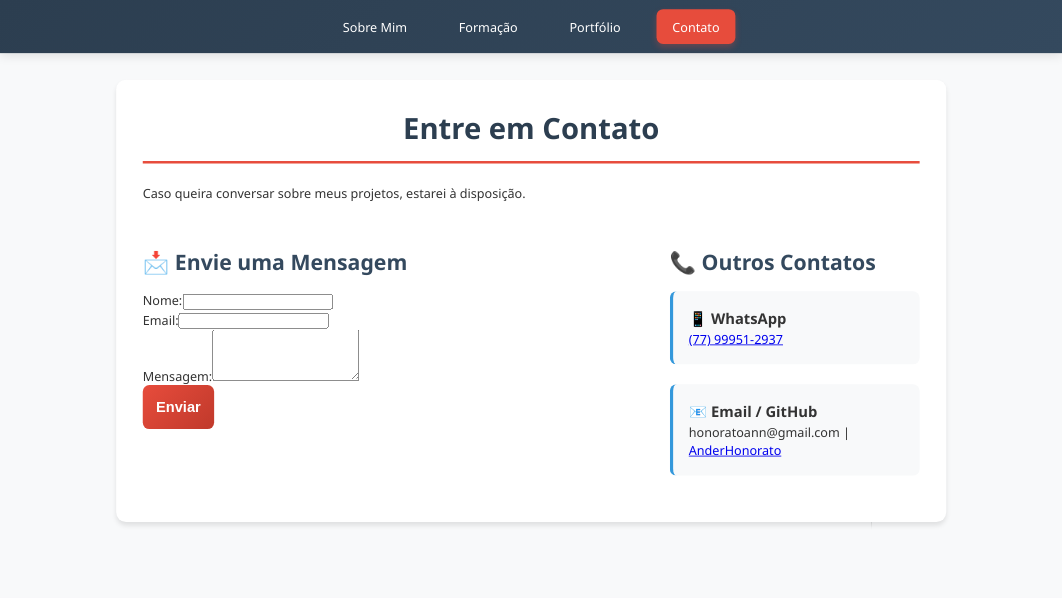
Repository: AnderHonorato/meu-portfolio
Page: contato.html
The author's editor kept a copy of each file at every save. The page is drawn from the files as they stood at one save, then again after the next save.
The browser window is 1280 px wide. The pictures show the whole page, at 83% of full size.

Above is the page before, as saved 2026-02-24 20:15:00.

### contato.html
<!DOCTYPE html>
<html lang="pt-br">
<head>
    <meta charset="UTF-8">
    <meta name="viewport" content="width=device-width, initial-scale=1.0">
    <title>Contato - Anderson</title>
    <link rel="stylesheet" href="css/style.css">
</head>
<body>
    <nav class="menu">
        <ul>
            <li><a href="index.html">Sobre Mim</a></li>
            <li><a href="formacao.html">Formação</a></li>
            <li><a href="portfolio.html">Portfólio</a></li>
            <li><a href="contato.html" class="ativo">Contato</a></li>
        </ul>
    </nav>

    <main class="conteudo">
        <h1>Entre em Contato</h1>
        <p class="intro-contato">Caso queira conversar sobre meus projetos, estarei à disposição.</p>

        <div class="contato-container">
            <div class="formulario-contato">
                <h2>📩 Envie uma Mensagem</h2>
                <form class="form-contato" id="formContato">
                    <div class="campo"><label>Nome:</label><input type="text" required></div>
                    <div class="campo"><label>Email:</label><input type="email" required></div>
                    <div class="campo"><label>Mensagem:</label><textarea rows="4" required></textarea></div>
                    <button type="submit" class="btn-enviar">Enviar</button>
                </form>
                <div id="mensagemRetorno" class="mensagem-retorno" style="display: none;">✅ Mensagem enviada com sucesso!</div>
            </div>

            <div class="info-contato">
                <h2>📞 Outros Contatos</h2>
                <div class="contato-item">
                    <h3>📱 WhatsApp</h3>
                    <p><a href="https://wa.me/5577999512937">(77) 99951-2937</a></p>
                </div>
                <div class="contato-item">
                    <h3>📧 Email / GitHub</h3>
                    <p>honoratoann@gmail.com | <a href="https://github.com/AnderHonorato">AnderHonorato</a></p>
                </div>
            </div>
        </div>
    </main>

    <script>
        document.getElementById('formContato').addEventListener('submit', function(e) {
            e.preventDefault();
            document.getElementById('mensagemRetorno').style.display = 'block';
            this.reset();
        });
    </script>
</body>
</html>

### css/style.css
/* =========================================
   ANIMAÇÕES E FLUIDEZ
========================================= */
/* Entrada suave de baixo para cima */
@keyframes fadeUp {
    from { opacity: 0; transform: translateY(30px); }
    to { opacity: 1; transform: translateY(0); }
}

/* Foto flutuando suavemente */
@keyframes float {
    0% { transform: translateY(0px); }
    50% { transform: translateY(-8px); }
    100% { transform: translateY(0px); }
}

/* CORREÇÃO: Efeito de brilho MUITO mais sutil */
@keyframes shimmer {
    0% { background-position: -200% center; }
    100% { background-position: 200% center; }
}

/* Barra de progresso enchendo */
@keyframes fillProgress {
    from { width: 0; }
}

/* =========================================
   RESET E VISUAL ORIGINAL
========================================= */
* {
    margin: 0;
    padding: 0;
    box-sizing: border-box;
}

body {
    font-family: 'Segoe UI', Tahoma, Geneva, Verdana, sans-serif;
    line-height: 1.5;
    color: #333;
    background-color: #f8f9fa; /* Cor de fundo original */
    font-size: 0.95rem;
    overflow-x: hidden;
}

/* Transição global suave para fluidez */
a, button, li, .projeto-item, .item-formacao, input, textarea, select {
    transition: all 0.3s cubic-bezier(0.25, 0.8, 0.25, 1);
}

/* MENU */
.menu {
    background: linear-gradient(135deg, #2c3e50, #34495e); /* Cores originais */
    padding: 0.7rem 0;
    position: sticky;
    top: 0;
    z-index: 1000;
    box-shadow: 0 4px 12px rgba(0,0,0,0.1);
}

.menu ul {
    list-style: none;
    display: flex;
    justify-content: center;
    gap: 1.5rem;
    max-width: 1200px;
    margin: 0 auto;
    padding: 0 1rem;
}

.menu a {
    color: white;
    text-decoration: none;
    padding: 0.6rem 1.2rem;
    border-radius: 8px;
    display: block;
    font-weight: 500;
    position: relative;
    overflow: hidden;
}

/* Efeito hover fluido no menu */
.menu a::before {
    content: '';
    position: absolute;
    top: 0; left: 0; width: 100%; height: 100%;
    background-color: rgba(255, 255, 255, 0.1);
    transform: translateY(100%);
    transition: transform 0.3s ease;
    z-index: -1;
}

.menu a:hover::before { transform: translateY(0); }

.menu a.ativo {
    background-color: #e74c3c; /* Vermelho original */
    box-shadow: 0 4px 8px rgba(231, 76, 60, 0.3);
}

/* CONTEÚDO PRINCIPAL (Com animação de entrada) */
.conteudo {
    max-width: 1000px;
    margin: 2rem auto;
    padding: 2rem;
    background-color: white;
    border-radius: 12px;
    box-shadow: 0 4px 6px rgba(0,0,0,0.1);
    animation: fadeUp 0.8s ease-out forwards; /* Animação de entrada */
}

.conteudo h1 {
    color: #2c3e50;
    margin-bottom: 1.5rem;
    text-align: center;
    font-size: 2.2rem;
    border-bottom: 3px solid #e74c3c;
    padding-bottom: 0.8rem;
}

.conteudo h2 {
    color: #34495e;
    margin: 1.8rem 0 1rem 0;
    font-size: 1.6rem;
}

/* === PÁGINA SOBRE MIM === */
.sobre-container {
    display: grid;
    grid-template-columns: 220px 1fr;
    gap: 2rem;
    margin-top: 2rem;
    align-items: start;
}

.foto-perfil { text-align: center; }

.minha-foto {
    width: 100%;
    max-width: 220px;
    border-radius: 50%;
    object-fit: cover;
    box-shadow: 0 8px 20px rgba(0,0,0,0.2);
    border: 4px solid white;
    animation: float 5s ease-in-out infinite; /* Foto flutuando */
}

.texto-sobre p {
    margin-bottom: 1rem;
    text-align: justify;
}

.lista-hobbies { list-style: none; margin: 1rem 0; }

.lista-hobbies li {
    padding: 0.8rem;
    border-bottom: 1px solid #eee;
    cursor: default;
    border-radius: 0 8px 8px 0;
}

.lista-hobbies li:hover {
    background-color: #fff5f5;
    padding-left: 1.2rem;
    border-left: 5px solid #e74c3c;
    transform: translateX(5px);
}

/* Fluidez no texto dos hobbies */
.hobby-detalhe {
    max-height: 0;
    opacity: 0;
    overflow: hidden;
    font-size: 0.9rem;
    color: #666;
    padding-left: 1rem;
    transition: all 0.4s cubic-bezier(0.25, 0.8, 0.25, 1);
}

.lista-hobbies li:hover .hobby-detalhe {
    max-height: 100px;
    opacity: 1;
    margin-top: 0.5rem;
}

.info-adicional {
    margin-top: 3rem;
    padding: 2rem;
    background: linear-gradient(135deg, #ecf0f1, #bdc3c7);
    border-radius: 12px;
}

/* === PÁGINA FORMAÇÃO === */
.item-formacao {
    background: linear-gradient(135deg, #f8f9fa, #e9ecef);
    padding: 1.5rem;
    border-radius: 12px;
    margin-bottom: 1.2rem;
    border-left: 5px solid #e74c3c;
}

.item-formacao:hover {
    transform: translateY(-5px);
    box-shadow: 0 12px 24px rgba(0,0,0,0.12);
}

.barra-progresso {
    width: 100%; height: 10px; background-color: #e9ecef;
    border-radius: 5px; overflow: hidden; margin: 0.5rem 0;
}

.progresso {
    height: 100%;
    background: linear-gradient(90deg, #e74c3c, #c0392b);
    animation: fillProgress 1.5s ease-out forwards; /* Barra enchendo */
}

.proximos-estudos li {
    background-color: #fff3cd; padding: 1rem; border-radius: 8px;
    border-left: 4px solid #ffc107; font-weight: 500;
}

.proximos-estudos li:hover { transform: translateY(-3px); }

/* === PÁGINA PORTFÓLIO === */
.intro-portfolio {
    text-align: center; margin-bottom: 2rem; padding: 1.2rem;
    background-color: #f8f9fa; border-radius: 8px; border-left: 4px solid #e74c3c;
}

.projetos-grid {
    display: grid; grid-template-columns: repeat(auto-fit, minmax(320px, 1fr));
    gap: 2rem; margin-bottom: 3rem;
}

.projeto-item {
    background: linear-gradient(135deg, #ffffff, #f8f9fa);
    padding: 1.8rem; border-radius: 12px; box-shadow: 0 4px 10px rgba(0,0,0,0.08);
    border-top: 4px solid #e74c3c; display: flex; flex-direction: column;
}

.projeto-item:hover {
    transform: translateY(-8px); box-shadow: 0 15px 30px rgba(0,0,0,0.15);
}

.projeto-item.destaque {
    background: linear-gradient(135deg, #f0f9ff, #e6f7ff);
    border-left: 6px solid #3498db; border-top: none;
    position: relative; overflow: hidden;
}

/* CORREÇÃO: Shimmer sutil e azulado, não desfoca mais o texto */
.projeto-item.destaque::before {
    content: ''; position: absolute; top: 0; left: -100%; width: 200%; height: 100%;
    background: linear-gradient(to right, transparent 0%, rgba(52, 152, 219, 0.1) 50%, transparent 100%);
    animation: shimmer 3s infinite linear; pointer-events: none;
}

.tag {
    display: inline-block; background: linear-gradient(135deg, #e74c3c, #c0392b);
    color: white; padding: 0.3rem 0.8rem; border-radius: 20px; font-size: 0.85rem;
    margin-right: 0.5rem; margin-bottom: 0.5rem; font-weight: 500;
}

.projeto-item.destaque .tag { background: linear-gradient(135deg, #3498db, #2980b9); }

.btn-projeto {
    display: inline-block; background: linear-gradient(135deg, #3498db, #2980b9);
    color: white; padding: 0.8rem 1.5rem; text-decoration: none; border-radius: 8px;
    font-weight: 600; text-align: center; margin-top: auto;
}

.btn-projeto:hover { transform: translateY(-3px); box-shadow: 0 8px 15px rgba(52, 152, 219, 0.4); }

.habilidade-item {
    background-color: white; padding: 1.2rem; border-radius: 8px;
    box-shadow: 0 2px 6px rgba(0,0,0,0.1);
}

.habilidade-item:hover { transform: translateY(-3px); }

.progresso-habilidade {
    height: 100%; background: linear-gradient(90deg, #27ae60, #2ecc71);
    animation: fillProgress 1.5s ease-out forwards;
}

/* === PÁGINA CONTATO (CORRIGIDA) === */
/* CORREÇÃO: O Grid de contato estava faltando */
.contato-container {
    display: grid;
    grid-template-columns: 2fr 1fr;
    gap: 2rem;
    margin-top: 1.5rem;
}

.campo input:focus, .campo textarea:focus, .campo select:focus {
    outline: none; border-color: #e74c3c;
    box-shadow: 0 0 0 4px rgba(231, 76, 60, 0.15); background-color: #fff;
}

.btn-enviar {
    background: linear-gradient(135deg, #e74c3c, #c0392b); color: white;
    padding: 1rem; border: none; border-radius: 8px; cursor: pointer;
    font-size: 1.1rem; font-weight: 600;
}

.btn-enviar:hover { transform: translateY(-3px); box-shadow: 0 8px 15px rgba(231, 76, 60, 0.4); }

.contato-item {
    margin-bottom: 1.5rem; padding: 1.2rem; background-color: #f8f9fa;
    border-radius: 8px; border-left: 4px solid #3498db;
}

.contato-item:hover { transform: translateX(5px); background-color: white; }

/* === RESPONSIVIDADE === */
@media (max-width: 768px) {
    .menu ul { flex-wrap: wrap; gap: 0.8rem; padding: 1rem; }
    .conteudo { margin: 1.5rem; padding: 1.5rem; }
    .sobre-container { grid-template-columns: 1fr; text-align: center; }
    .minha-foto { max-width: 180px; margin: 0 auto; }
    .lista-hobbies li { text-align: left; }
    /* Garante que o contato fique em uma coluna no celular */
    .contato-container { grid-template-columns: 1fr; }
    .projetos-grid { grid-template-columns: 1fr; }
}

After the next save:
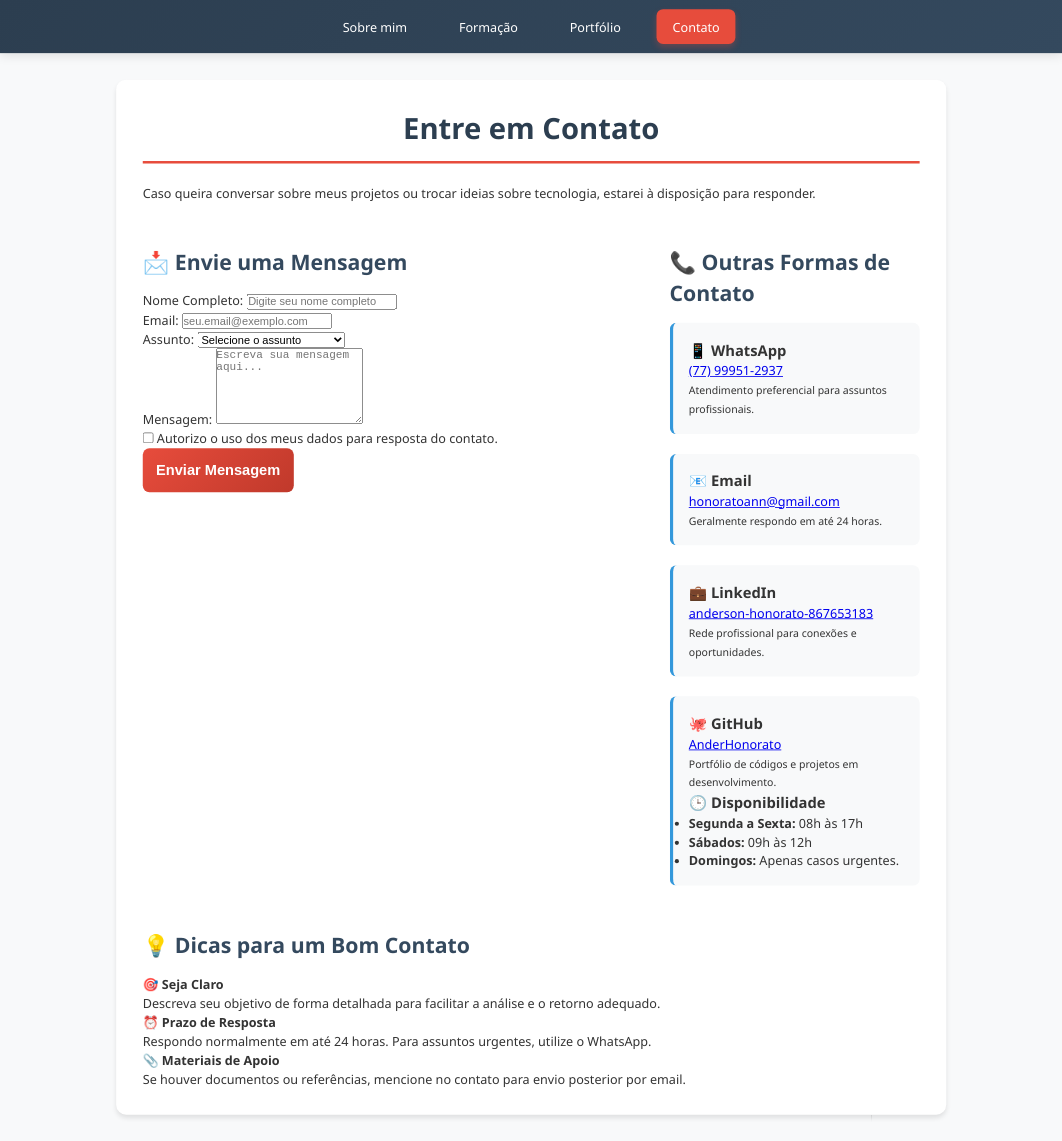
Saved 2 min 52 s later.
--- a/contato.html
+++ b/contato.html
@@ -3,13 +3,13 @@
 <head>
     <meta charset="UTF-8">
     <meta name="viewport" content="width=device-width, initial-scale=1.0">
-    <title>Contato - Anderson</title>
+    <title>Contato - Anderson Honorato</title>
     <link rel="stylesheet" href="css/style.css">
 </head>
 <body>
     <nav class="menu">
         <ul>
-            <li><a href="index.html">Sobre Mim</a></li>
+            <li><a href="index.html">Sobre mim</a></li>
             <li><a href="formacao.html">Formação</a></li>
             <li><a href="portfolio.html">Portfólio</a></li>
             <li><a href="contato.html" class="ativo">Contato</a></li>
@@ -18,29 +18,108 @@
 
     <main class="conteudo">
         <h1>Entre em Contato</h1>
-        <p class="intro-contato">Caso queira conversar sobre meus projetos, estarei à disposição.</p>
+
+        <p class="intro-contato">
+            Caso queira conversar sobre meus projetos ou trocar ideias sobre tecnologia, estarei à disposição para responder.
+        </p>
 
         <div class="contato-container">
             <div class="formulario-contato">
                 <h2>📩 Envie uma Mensagem</h2>
+
                 <form class="form-contato" id="formContato">
-                    <div class="campo"><label>Nome:</label><input type="text" required></div>
-                    <div class="campo"><label>Email:</label><input type="email" required></div>
-                    <div class="campo"><label>Mensagem:</label><textarea rows="4" required></textarea></div>
-                    <button type="submit" class="btn-enviar">Enviar</button>
+                    <div class="campo">
+                        <label for="nome">Nome Completo:</label>
+                        <input type="text" id="nome" name="nome" placeholder="Digite seu nome completo" required>
+                    </div>
+
+                    <div class="campo">
+                        <label for="email">Email:</label>
+                        <input type="email" id="email" name="email" placeholder="seu.email@exemplo.com" required>
+                    </div>
+
+                    <div class="campo">
+                        <label for="assunto">Assunto:</label>
+                        <select id="assunto" name="assunto" required>
+                            <option value="">Selecione o assunto</option>
+                            <option value="oportunidade">Oportunidade de Trabalho</option>
+                            <option value="projeto">Proposta de Projeto</option>
+                            <option value="duvida">Dúvida Técnica</option>
+                            <option value="networking">Networking</option>
+                            <option value="outros">Outros</option>
+                        </select>
+                    </div>
+
+                    <div class="campo">
+                        <label for="mensagem">Mensagem:</label>
+                        <textarea id="mensagem" name="mensagem" rows="6" placeholder="Escreva sua mensagem aqui..." required></textarea>
+                    </div>
+
+                    <div class="campo checkbox">
+                        <input type="checkbox" id="aceite" name="aceite" required>
+                        <label for="aceite">Autorizo o uso dos meus dados para resposta do contato.</label>
+                    </div>
+
+                    <button type="submit" class="btn-enviar">Enviar Mensagem</button>
                 </form>
-                <div id="mensagemRetorno" class="mensagem-retorno" style="display: none;">✅ Mensagem enviada com sucesso!</div>
+
+                <div id="mensagemRetorno" class="mensagem-retorno" style="display: none;">
+                    <p>✅ Mensagem enviada com sucesso! Retornarei o contato em breve.</p>
+                </div>
             </div>
 
             <div class="info-contato">
-                <h2>📞 Outros Contatos</h2>
+                <h2>📞 Outras Formas de Contato</h2>
+
                 <div class="contato-item">
                     <h3>📱 WhatsApp</h3>
-                    <p><a href="https://wa.me/5577999512937">(77) 99951-2937</a></p>
+                    <p><a href="https://wa.me/5577999512937" target="_blank">(77) 99951-2937</a></p>
+                    <small>Atendimento preferencial para assuntos profissionais.</small>
                 </div>
+
                 <div class="contato-item">
-                    <h3>📧 Email / GitHub</h3>
-                    <p>honoratoann@gmail.com | <a href="https://github.com/AnderHonorato">AnderHonorato</a></p>
+                    <h3>📧 Email</h3>
+                    <p><a href="mailto:honoratoann@gmail.com">honoratoann@gmail.com</a></p>
+                    <small>Geralmente respondo em até 24 horas.</small>
+                </div>
+
+                <div class="contato-item">
+                    <h3>💼 LinkedIn</h3>
+                    <p><a href="https://www.linkedin.com/in/anderson-honorato-867653183/" target="_blank">anderson-honorato-867653183</a></p>
+                    <small>Rede profissional para conexões e oportunidades.</small>
+                </div>
+
+                <div class="contato-item">
+                    <h3>🐙 GitHub</h3>
+                    <p><a href="https://github.com/AnderHonorato" target="_blank">AnderHonorato</a></p>
+                    <small>Portfólio de códigos e projetos em desenvolvimento.</small>
+
+                    <div class="disponibilidade">
+                        <h3>🕒 Disponibilidade</h3>
+                        <ul>
+                            <li><strong>Segunda a Sexta:</strong> 08h às 17h</li>
+                            <li><strong>Sábados:</strong> 09h às 12h</li>
+                            <li><strong>Domingos:</strong> Apenas casos urgentes.</li>
+                        </ul>
+                    </div>
+                </div>
+            </div>
+        </div>
+
+        <div class="dicas-contato">
+            <h2>💡 Dicas para um Bom Contato</h2>
+            <div class="dicas-grid">
+                <div class="dica-item">
+                    <h4>🎯 Seja Claro</h4>
+                    <p>Descreva seu objetivo de forma detalhada para facilitar a análise e o retorno adequado.</p>
+                </div>
+                <div class="dica-item">
+                    <h4>⏰ Prazo de Resposta</h4>
+                    <p>Respondo normalmente em até 24 horas. Para assuntos urgentes, utilize o WhatsApp.</p>
+                </div>
+                <div class="dica-item">
+                    <h4>📎 Materiais de Apoio</h4>
+                    <p>Se houver documentos ou referências, mencione no contato para envio posterior por email.</p>
                 </div>
             </div>
         </div>
@@ -51,6 +130,7 @@
             e.preventDefault();
             document.getElementById('mensagemRetorno').style.display = 'block';
             this.reset();
+            document.getElementById('mensagemRetorno').scrollIntoView({ behavior: 'smooth' });
         });
     </script>
 </body>
